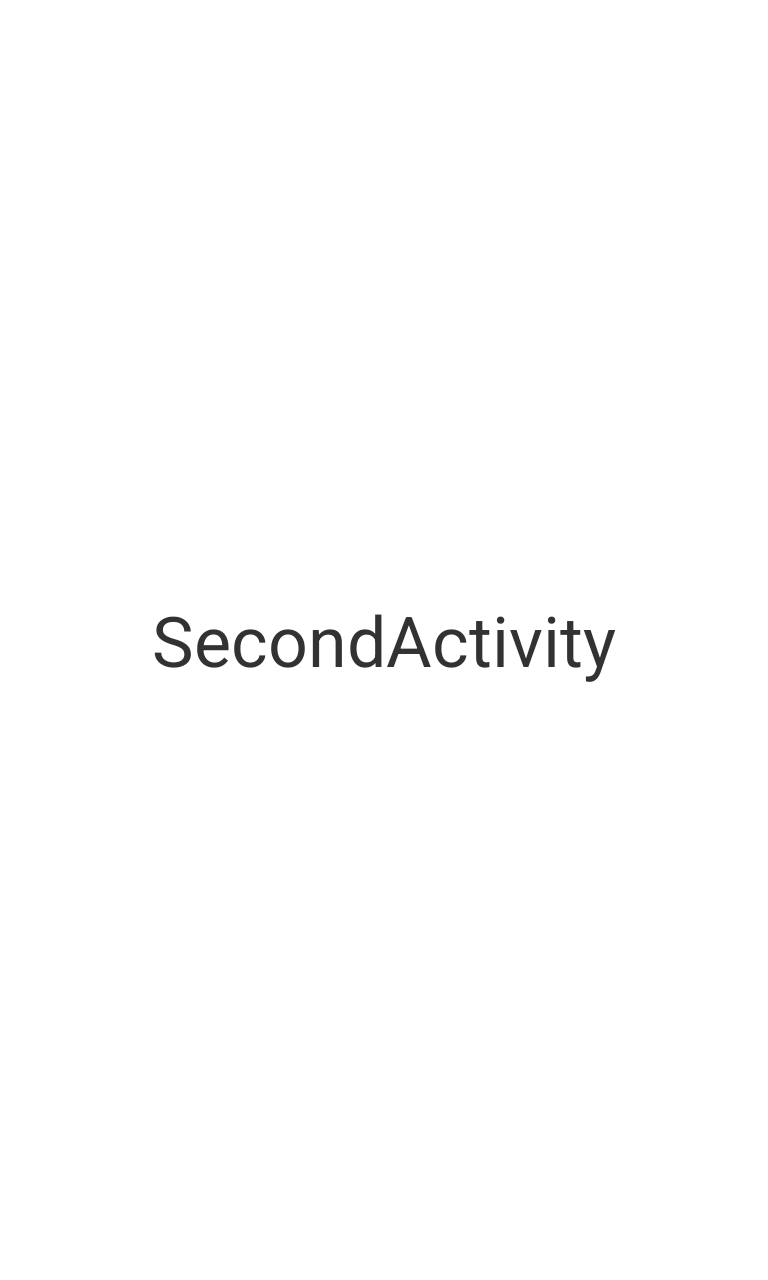
Repository: xuelang201201/Android
Layout: Android基础/Intent/res/layout/activity_second.xml
These files come from the project's save history. The layout is drawn as it stood at one moment and after the next save; the edit follows.
It is drawn on a 768 x 1280 px phone screen (xhdpi) without system bars, with theme AppTheme; the app's code is not run.

Above is the layout before, as saved 2016-02-15 05:22:00.

After the next save:
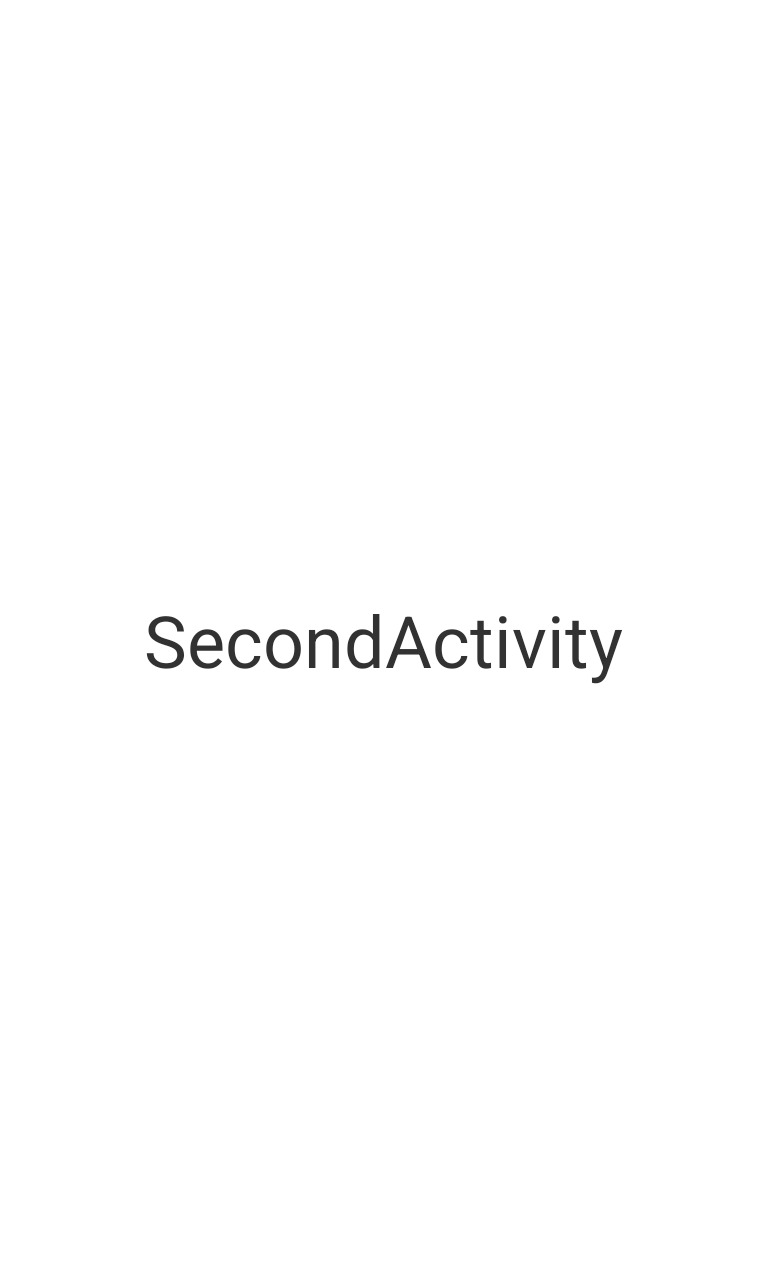
Saved 88 s later.
--- a/Android基础/Intent/res/layout/activity_second.xml
+++ b/Android基础/Intent/res/layout/activity_second.xml
@@ -9,6 +9,6 @@
         android:layout_width="wrap_content"
         android:layout_height="wrap_content"
         android:text="SecondActivity"
-        android:textSize="35sp" />
+        android:textSize="36sp" />
 
 </RelativeLayout>
